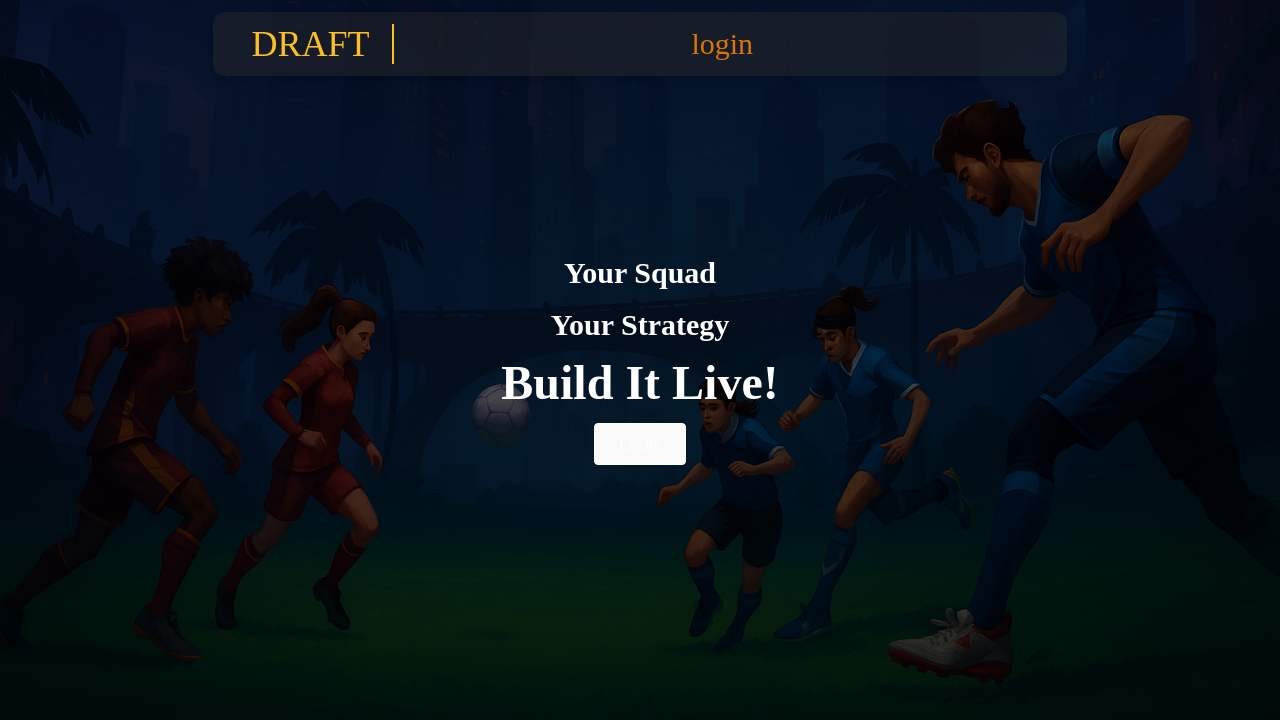
Repository: MehediMim/LeagueCrafter--Online-Auction-Platform-Project
Page: / (app in my-app/)
These files come from the project's save history. The page is drawn as it stood at one moment and after a run of saves; the edit follows.
The browser window is 1280 px wide. The pictures show the whole page.
Some web fonts or font styles are not loaded; a fallback is used. The project was rebuilt for these pictures with package versions that can differ from the ones it lists, and the page was loaded fresh each time. Also part of the build but not shown: my-app/vite.config.js, my-app/src/pages/Dashboard.jsx, my-app/src/pages/Login.jsx.

Above is the page before, as saved 2025-05-25 02:27:54.

After the next 3 saves:
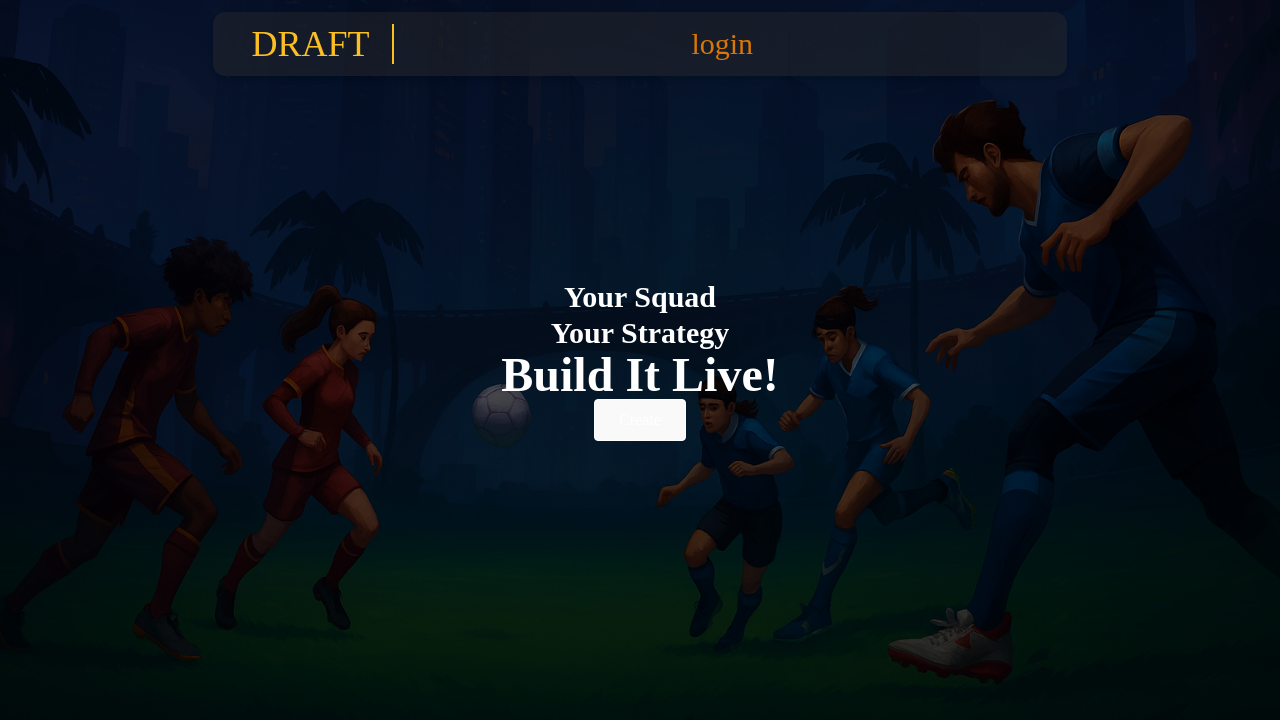
The 3 saves are shown as one change because they came seconds apart.
The last was saved 10 s later.
--- a/my-app/src/pages/Home.jsx
+++ b/my-app/src/pages/Home.jsx
@@ -11,7 +11,7 @@ export default function Home() {
 
       {/* Foreground Content */}
       <div className="relative z-10 flex justify-center items-center h-full w-full">
-        <div className="text-center text-white space-y-4">
+        <div className="text-center text-white ">
           <h1 className="text-3xl font-barrio font-bold">
             Your Squad
           </h1>
